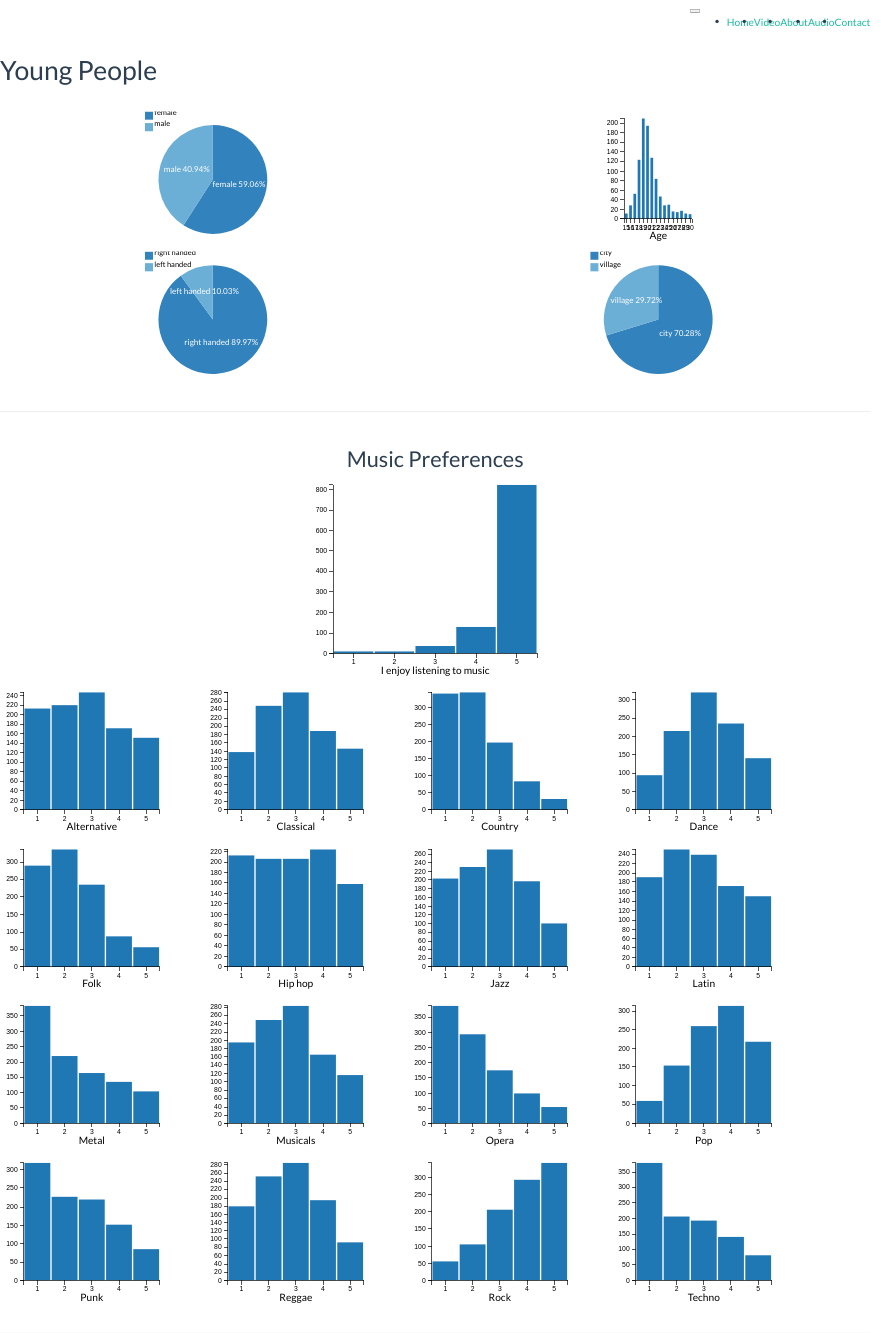
Repository: BrendanMolloy/milestone2
Page: index.html
The author's editor kept a record of every edit. The page is drawn from the files as they stood at one moment, then again after the next edit.
The browser window is 1280 px wide. The page is 1295 px wide, so the pictures cover 1295 px, including what lies to the right of the window. The pictures show the whole page, at 68% of full size.

Above is the page before.

After the next edit:
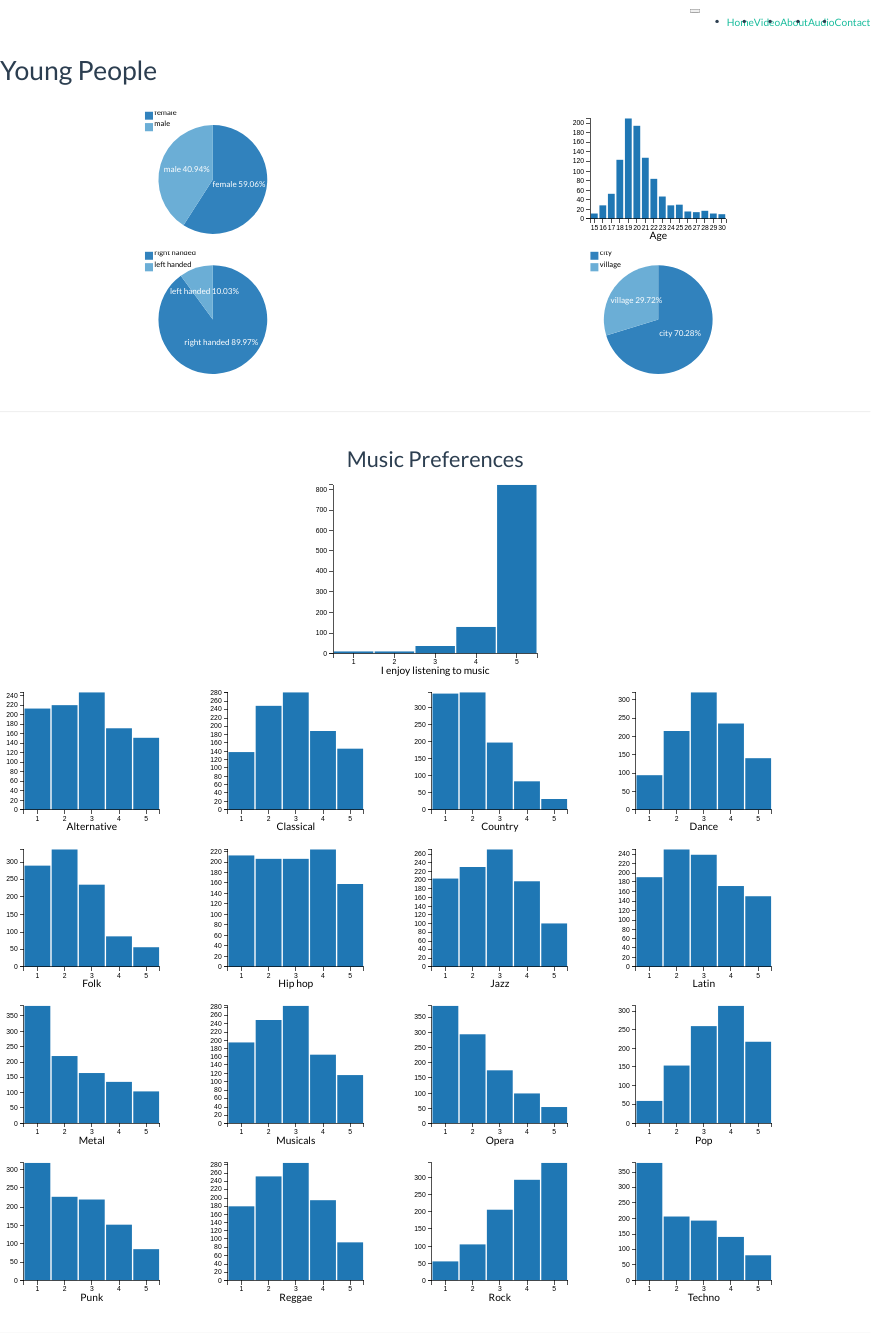
The edit:
--- a/js/graph.js
+++ b/js/graph.js
@@ -82,7 +82,7 @@
     var filtered_group = remove_empty_bins(group)
 
     dc.barChart("#age")
-        .width(200)
+        .width(300)
         .height(200)
         .margins({top:10, right:50, bottom:30, left:50})
         .dimension(dim)
